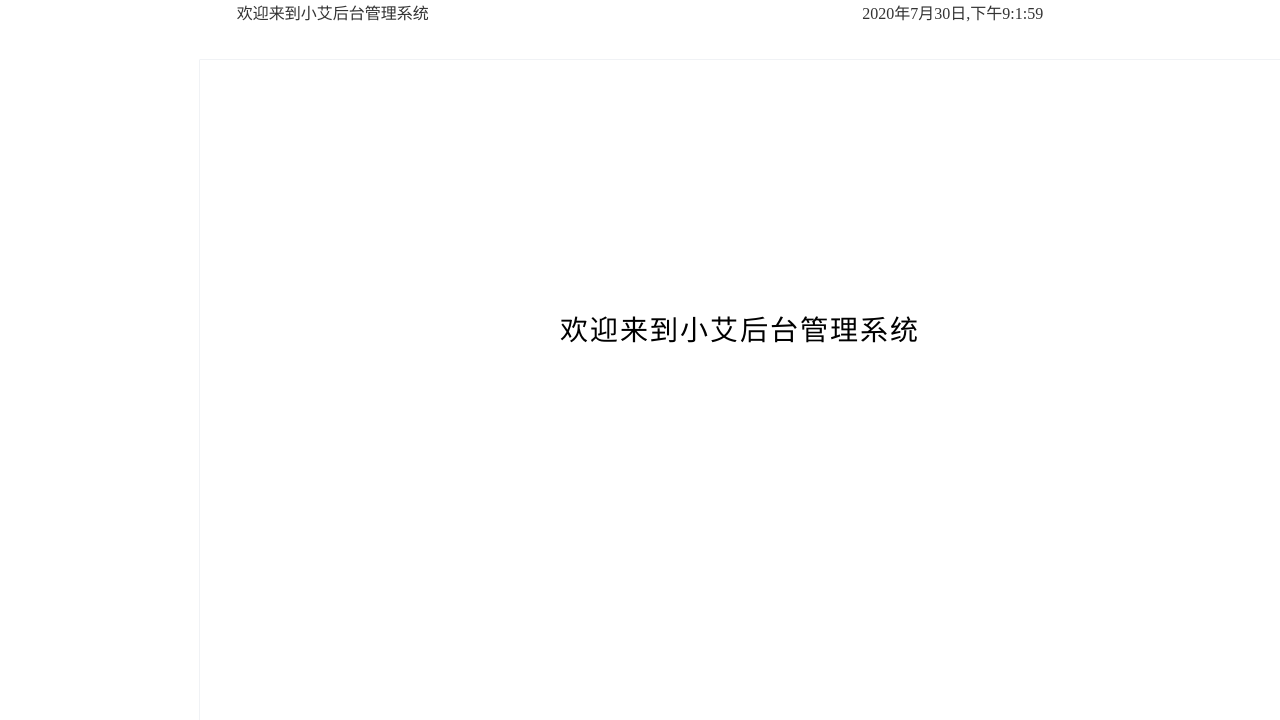
Repository: noob-injoker/router-slots-cw-ee
Page: /
An editor plug-in stored every save of this project. The page is shown before and after the next save, followed by the edit.
The browser window is 1280 px wide. The pictures show the whole page.
The page's requests for data from a server got no answer. The project was rebuilt for these pictures with package versions that can differ from the ones it lists, and the page was loaded fresh each time. No one was signed in, and anything a server would have sent is missing. Also part of the build but not shown: vue.config.js.

Above is the page before, as saved 2020-08-30 21:22:01.

### src/main.js
import Vue from 'vue'
import App from './App.vue'
import router from './router'
import store from './store'
import './bus'
import ElementUI from 'element-ui'
import 'element-ui/lib/theme-chalk/index.css'

Vue.use(ElementUI)

Vue.config.productionTip = false

new Vue({
  router,
  store,
  render: h => h(App)
}).$mount('#app')

### src/App.vue
<template>
<div id="app">

  <router-view />

</div>
</template>

<style>
@import './styles/styles.scss';
@import './styles/common.scss';
</style>

### src/router/index.js
import Vue from 'vue'
import VueRouter from 'vue-router'
import Home from '../views/Home.vue'
import Layout from '../views/Layout.vue'

Vue.use(VueRouter)

  const routes = [

    {
      path: '/',
      name: 'Layout',
      component: Layout,
      children: [

        {
          path: '',
          name: 'Home',
          component: Home
        }
        // ,
        // {
        //   path: 'cata',
        //   name: 'cata',
        //   component: () => import('../views/cata.vue')
        // }
      ]

    },
    {
      path:'/Login',
      name:"Login",
      component: () => import('../views/Login.vue'),
      meta:{
        title:'登录'
      }
    },
  // ,
  // {
  //   path: '/about',
  //   name: 'About',
  //   // route level code-splitting
  //   // this generates a separate chunk (about.[hash].js) for this route
  //   // which is lazy-loaded when the route is visited.
  //   component: () => import(/* webpackChunkName: "about" */ '../views/About.vue')
  // }

]

const router = new VueRouter({
  mode: 'history',
  base: process.env.BASE_URL,
  routes
})

export default router

### src/store/index.js
import Vue from 'vue'
import Vuex from 'vuex'
import user from './user/user'

Vue.use(Vuex)

export default new Vuex.Store({
  state: {

  },
  mutations: {

  },
  actions: {

  },
  modules: {
    user
  }
})

### src/bus/index.js
import Vue from 'vue'
const bus = new Vue()
Vue.prototype.$bus = bus

### src/styles/styles.scss
.username .el-form-item__label,.password .el-form-item__label{
    text-align: left;
}
.button-box .el-button--primary{
    width: 160px;
}
.el-menu-box .el-menu{
    border-right: 0px solid white;
}

### src/styles/common.scss
*{
  margin: 0px;
  padding: 0px;
}

.df{
  display: flex;
}
.f-1{
  flex: 1;
}
.j-center{
  display: flex;
  justify-content: center;

}
.j-bettween{
  display: flex;
  justify-content: space-between;

}
.j-around{
  display: flex;
  justify-content: space-around;
}
.j-end{
  display: flex;
  justify-content: flex-end;
}
.a-center{
  align-items: center;
}
.f-column{
  display: flex;
  flex-direction: column;
}
.p-r{
  position: relative;
}
.p-a{
  position: absolute;
}

.r1{
  border: 1px solid red;
}
.y1{
  border: 1px solid yellow;
}
.b1{
  border: 1px solid black;
}

.l-height32{
  line-height: 32px;
}
.w100{

  width: 100%;

}
.t-center{
  text-align: center;

}
.f12{
  font-size: 12px;
}

.w1170{
  width: 1170px;
}
.h100{
  height: 100px;
}
.h70{
  height: 70px;
}
.h436{
  height: 436px;
}
.h350{
  height: 350px;
}
.w1070{
  width: 1070px;
}
.h1590{
  height: 1590px;
}
.h726{
  height: 726px;
}
.w1054{
  width: 1054px;
}
.h160{
  height: 160px;
}
.w732{
  width: 732px;
}
.b2{
  border: 2px solid black;
}
.h434{
  height: 434px;

}
.h600{
  height: 600px;
}
.w1078{
  width: 1078px;
}
.h362{
  height: 362px;
}
.fs16{
  font-size: 16px;
}
.w652{
  width: 652px;

}
.h82{
  height: 82px;
}
.w1064{
  width: 1064px;
}
.h352{
  height: 352px;
}
.w286{
  width: 286px;
}
.h22{
  height: 22px;
}
.w290{
  width: 290px;
}
.h330{
  height: 330px;
}
.mt40{
  margin-top: 40px;
}
.h724{
  height: 724px;
}
.h630{
  height: 630px;

}
.w1058{
  width: 1058px;
}
.h160{
  height: 160px;
}
.w290{
  width: 290px;
}
.w738{
  width: 738px;
}
.w1170{
  width: 1170;
}
.h468{
  height: 468px;
}
.mt20{
  margin-top: 20px;
}
.h318{
  height: 318px;
}
.w652{
  width: 652px;
}
.w370{
  width: 370px;
}
.h314{
  height: 314px;
}
.g1{
  border: 1px solid gray;
}
.w146{
  width: 146px;
}
.box_content3_pic img{
  width: 100%;
  height: 100%;
}
.w488{
  width: 488px;
}
.h420{
  height: 420px;
}
.h234{
  height: 234px;
}
.w950{
  width: 950px;
}
.h68{
  height: 68px;
}
.w124{
  width: 124px;
}
.h50{
  height: 50px;
}
.w190{
  width: 190px;
}
.h44{
  height: 44px;
}
.w184{
  width: 184px;
}
.h32{
  height: 32px;
}
.h400{
  height: 400px;
}
.w1200{
  width: 1200px;
}
.w950{
  width: 950px;

}
.h630{
  height: 630px;
}
.h188{
  height: 188px;
}
.h380{
  height: 380px;
}
.h335{
  height: 335px;
}
.h138{
  height: 138px;
}
.w238{
  width: 238px;
}
.h668{
  height: 668px;
}
.h446{
  height: 446px;
}
.w460{
  width: 460px;
}
.w140{
  width: 140px;
}
.h140{
  height: 140px;
}
.w320{
  width: 320px;
}
.w950{
  width: 950px;

}
.h498{
  height: 498px;
}
.h100{
  height: 100px;
}
.h398{
  height: 398px;
}
.mb10{
  margin-bottom: 10px;
}
.w358{
  width: 358px;
}
.w440{
  width: 440px;
}
.w119{
  width: 119px;
}
.h30{
  height: 30px;
}
.w59{
  width: 59px;
}
.h88{
  height: 88px;
}
.w1000{
  width: 1000px;
}
.height{
  height: 460px;
}
.w120{
  width: 120px;
}
.h70{
  height: 70px;
}
.fs12{
  font-size: 12px;
}
.fs14{
  font-size: 14px;
}
.h509{
  height: 509px;
}
.w644{
  width: 644px;
}
.w274{
  width: 274px;
}
.w162{
  width: 274px;
}
.h104{
  height: 104px;
}
.w450{
  width: 450px;
}
.w162{
  width: 162px;
}
.h38{
  height: 38px;
}
.h40{
  height: 40px;
}
.w276{
  width: 276px;
}
.h320{
  height: 320px;
}
.w274{
  width: 274px;

}
.h76{
  height: 76px;
}
.h84{
  height: 84px;
}
.h140{
  height: 140px;
}
.h72{
  height: 72px;
}
.h80{
  height: 80px;
}
.h140{
  height: 140px;
}
.w98{
  width: 98px;
}
.w172{
  width: 172px;
}
.h310{
  height: 310px;
}
.h150{
  height: 150px;
}
.h40{
  height: 40px;
}
.pr{
  position: relative;
}
.pa{
  position: absolute;
}
.h176{
  height: 176px;
}
.w920{
  width: 920px;
}
.h122{
  height: 122px;
}
.h145{
  height: 145px;
}
.h108{
  height: 108px;
}
.h48{
  height: 48px;
}
.w612{
  width: 612px;
}
.h36{
  height: 36px;
}
.w322{
  width: 322px;
}
.w1002{
  width: 1002px;
}
.h98{
  height: 98px;
}
.h44{
  height: 44px;
}

.h328{
  height: 328px;
}
.w670{
  width: 670px;
}
.w258{
  width: 258px;
}
.h368{
  height: 368px;
}
.h308{
  height: 308px;
}
.w332{
  width: 332px;
}
.h590{
  height: 590px;
}
.h466{
  height: 466px;
}
.w242{
  width: 242px;
}
.w732{
  width: 732px;
}
.h42{
  height: 42px;
}
.w420{
  width: 420px;
}
.w270{
  width: 270px;
}
.w730{
  width: 730px;
}
.h150{
  height: 150px;
}
.w270{
  width: 270px;
}
.h120{
  height: 120px;
}
.w420{
  width: 420px;
}

.h150{
  height: 150px;
}
.w244{
  width: 244px;

}
.h276{
  height: 276px;
}
.h42{
  height: 42px;
}
.h490{
  height: 490px;
}
.f1{
  flex: 1;
}
.f5{
  flex: 5;
}
.h64{
  height: 64px;
}
.m-l-20{
  margin-left: 20px;
}
.p-l-8{

  padding-left: 8px;
}
.cw{
  color: white;
}
.bg_blue{
  background: rgb(87, 87, 128);
}
.p10{
  padding:10px;
}
.m-t-40{
  margin-top: 40px;
}
.m-t-10{
  margin-top: 10px;
}
.wb20{
  width: 20%;
}
.wb24{
  width: 24%;
}
.hb30{
  height: 30%;
}
.h60{
  height: 60px;
}
.fs22{
  font-size: 40px;
}
.h50{
  height: 50px;
}
.w200{
  width: 200px;
}
.m-t-10{
  margin-top: 10px;
}
.fw7{
  font-weight: 700;
}
.w200{
  width: 200px;
}
.h200{
  height: 200px;
}
.h602{
  height: 602px;
}
.h608{
  height: 607px;
}
.m-l-r-20{
  margin-left: 20px;
  margin-right: 20px;
}
.bgwhite{
  background: white;
}
.fixed{
  position: fixed;
}
.m-l-r-15{
  margin-left: 15px;
  margin-right: 15px;
}
.m-l-10{
  margin-left: 10px;
}
.m-t-15{
  margin-top:15px
}
.h40{
  height: 40px;
}
.bgw{
  background: white;
}
.h30{
  height: 30px;
}
.wb100{
  width: 100%;
}
.w300{
  width: 400px;
}
.h40{
  height: 40px;
}
.m-b-20{
  margin-bottom: 20px;
}
.m-t-20{
  margin-top: 20px;
}
.m-r-30{
  margin-right:30px;
}
.ccc{
  display: flex;
  align-items: center;
  justify-content: center;
}
.w00{
  width: 100%;

}
.h00{
  height: 100%;
}
.bgBlue{
  background: blue;
}
.bgBlack{
  background: black;
}
.bgGreen{
  background: green;
}
.w00{
  width: 100%;
}
.h00{
  height: 100%;
}

### src/views/Home.vue
<template>
<div class="w00 h00">

  <div class="text-box  ccc">欢迎来到小艾后台管理系统</div>

</div>
</template>

<script>
export default {
  name: "",
  props: {},
  components: {},
  data() {
    return {};
  },
  methods: {

  },
  mounted() {

  },
  watch: {},
  computed: {

  },
};
</script>

<style lang="scss" scoped>
.text-box {

 height: 80%;
  font-size: 28px;
  letter-spacing: 2px;


}
</style>

### src/views/Layout.vue
<template>
<div class=" container ">
  <el-container class="">

    <el-header>
      <div>
        <headerNav></headerNav>
      </div>
    </el-header>

    <el-container class="">

      <el-aside width="200px">
        <div class="">
          <asideNav></asideNav>
        </div>
      </el-aside>

      <el-main class="main-box ">

        <div class=" h00">
          <router-view></router-view>
        </div>

      </el-main>

    </el-container>

  </el-container>
</div>
</template>

<script>
import asideNav from "../components/nav/asideNav";
import headerNav from "../components/nav/headerNav";
export default {
  name: "Layout",
  props: {},
  components: {
    asideNav,
    headerNav,
  },
  data() {
    return {};
  },
  methods: {},
  mounted() {},
  watch: {},
  computed: {},
};
</script>

<style lang="scss" scoped>
.main-box{

  height: calc(100vh - 60px);
}

.el-header {
  background-color: white;
  color: #333;

  border-bottom: 1px solid #f0f2f5;
  position: fixed;
  top: 0;
  left: 0;
  right: 0;
}

.el-aside {
  border-right: 1px solid #f0f2f5;
  background-color: white;
  line-height: 200px;
  border-top: 1px solid white;
  position: fixed;
  top: 59px;
  left: 0;
  bottom: 0;
}

.el-main {

  background-color: white;

  margin-left: 200px;
  margin-top: 60px;

}
</style>

### src/store/user/user.js
import api from '../../http/api'
import router from '../../router'
import { Message } from 'element-ui'

export default {
  // 开启命名空间 这个文件就是单独的一个vuex的模块
  namespaced: true,
  state: {
    menus: []
  },
  mutations: {
    setMenus(state, data) {
      state.menus = data
    }
  },
  actions: {
    // 所有的请求都写在actions里面
    // action里面的方法可以传两个参数 第一个参数是整个store(vuex对象) 第二个参数是请求的参数
    async getMenus({ commit }) {
      let res = await api.getMenus()


      if (res.meta.status === 200) {
        let obj = {
          authName: "首页",
          path:""
        }
        res.data.unshift(obj)
        // 提交mutation
        commit('setMenus', res.data);

        console.log(res.data);

      }
    },
    // async getMenus({commit}){
    //   let res = await api.getMenus()
    // },
    async login({ commit }, { username, password }) {
      console.log(commit);
      let res = await api.login({
        username,
        password
      })
      if (res.meta.status === 200) {
        // 存储信息
        localStorage.setItem('adminToken', res.data.token)
        localStorage.setItem('adminUser', JSON.stringify(res.data))
        // 跳转路由
        router.push('')
        // 提示用户
        Message.success('登录成功')
      } else {
        Message.error(res.meta.msg)
      }
    }

  },
}

### src/components/nav/asideNav.vue
<template>
<div>
  <el-row class="tac">
    <el-col>
      <div class="el-menu-box">

        <el-menu unique-opened router default-active="2" class="el-menu-vertical-demo">

          <template v-for="(item,index) in menus">

            <el-menu-item :index="item.path" :key="item.path" v-if="index===0">
              <i :class="iconList[index].icon"></i>
              <span slot="title">{{item.authName}}</span>
            </el-menu-item>

            <el-submenu :index="item.path" :key="item.path" v-else>

              <template slot="title">
                <i :class="iconList[index].icon"></i>
                <span>{{item.authName}}</span>
              </template>

              <el-menu-item-group>

                <el-menu-item :index="item1.path" v-for="(item1,index2) in item.children" :key="item1.path">
                  <i :class="iconList[index].childIconList[index2].childIconListIcon"></i>
                  <span slot="title">{{item1.authName}}{{index2}}</span>
                </el-menu-item>

              </el-menu-item-group>

            </el-submenu>

          </template>

        </el-menu>

      </div>
    </el-col>
  </el-row>
</div>
</template>

<script>
import {
  createNamespacedHelpers
} from "vuex";
const userModule = createNamespacedHelpers("user");
const {
  mapState: userState,
  mapActions: userActions
} = userModule;
export default {
  name: "",
  props: {},
  components: {},
  data() {
    return {

      iconList: [{
          icon: 'el-icon-s-home',
          childIconList: [{
            childIconListIcon: ''
          }]
        },
        {
          icon: 'el-icon-user',
          childIconList: [{
            childIconListIcon: 'el-icon-folder-opened'
          }]
        },
        {
          icon: 'el-icon-folder',
          childIconList: [{
              childIconListIcon: 'el-icon-setting'
            },
            {
              childIconListIcon: 'el-icon-c-scale-to-original'
            },

          ]
        },
        {
          icon: 'el-icon-goods',
          childIconList: [{
              childIconListIcon: 'el-icon-help'
            },
            {
              childIconListIcon: 'el-icon-bell'
            },
            {
              childIconListIcon: 'el-icon-date'
            },
          ]
        },
        {
          icon: 'el-icon-s-order',
          childIconList: [{
            childIconListIcon: 'el-icon-folder-add'
          }]
        },
        {
          icon: 'el-icon-message',
          childIconList: [{
            childIconListIcon: 'el-icon-position'
          }]
        }
      ]

    };
  },
  methods: {
    ...userActions(["getMenus"]),
  },
  mounted() {
    this.getMenus();
  },
  watch: {},
  computed: {
    ...userState(["menus"]),
  },
};
</script>

<style scoped lang='scss'>
</style>

### src/components/nav/headerNav.vue
<template>
<div class="df j-around a-center">
  <div>欢迎来到小艾后台管理系统</div>
  <div>
    <div v-if="date">{{year}}年{{month}}月{{day}}日,下午<span>{{hours}}</span>:<span>{{minuts}}</span>:<span>{{secondes}}</span></div>
  </div>
</div>
</template>

<script>
export default {
  name: '',
  props: {},
  components: {

  },
  data() {
    return {
      time: "",
      date: null,

    }
  },
  methods: {
    getDate() {

      setInterval(() => {
        this.date = new Date();
        this.year = this.date.getFullYear();
        this.month = this.date.getMonth();
        this.day = this.date.getDate();
        this.hours = this.date.getHours() * 1; //获取当前小时数(0-23)
        if (this.hours < 12) {
          this.hours = this.hours * 1
        } else {
          this.hours = this.hours - 12
        }
        this.secondes = this.date.getSeconds();
        this.minuts = this.date.getMinutes(); //获取当前分钟数(0-59)
        // this.time = `${year}年${month}月${day}日,下午${hours}:${minuts}:${secondes}`
      }, 1000);

    }

  },
  mounted() {
    this.getDate()

  },
  watch: {

  },
  computed: {

  }
}
</script>

<style scoped lang='scss'>

</style>

### src/http/api.js
import service from './index'

export default {
  login({username, password}) {
    return service.post('/login', {
      username,
      password
    })
  },
  getMenus() {
    return service.get('menus')
  }
}

### src/http/index.js
import axios from 'axios'
import nprogress from 'nprogress'
import {Message} from 'element-ui'


// 运行环境: 本地环境:devlpment 和线上(生产)环境: production
const isPro = process.env.NODE_ENV === 'production'

// 创建一个axios的实例
const service = axios.create({
  // 基础路径: 需要根据当前的运行环境来判断
  baseURL: isPro ? '线上的接口路径' : '/api',
  // 超时时间
  timeout: 100000
})


// 请求拦截: 每一次发请求都会做的事情
service.interceptors.request.use((config) => {
  nprogress.start()
  // 前后端鉴权
  // jwt: JSON WEB TOKEN
  // 登录成功之后 后端会返回一个令牌
  let token = localStorage.getItem('adminToken')
  if (token) {
    // 需要在请求头当中添加token
    config.headers['Authorization'] = token
  }
  return config
}, err => {
  nprogress.done()
  return Promise.reject(err)
})


// 响应拦截: 每一次接口返回数据的时候都会做的事情
service.interceptors.response.use((res) => {
  nprogress.done()
  return res.data
}, err => {
  if (err.response && err.response.status) {
    // 错误请求的状态码
    let status = err.response.status
    if (status === 400) {
      Message.error('参数错误')
    }
    if (status === 401) {
      Message.error('登录过期,请重新登录')
    }
    if (status === 403) {
      Message.error('没有权限')
    }
    if (status === 404) {
      Message.error('接口路径错误')
    }
    if (status === 500) {
      Message.error('服务器出错')
    }
    if (status === 503) {
      Message.error('服务器在维护')
    }
  }
  return Promise.reject(err)
})


export default service

Loaded but not shown: public/index.html (common file)

After the next save:
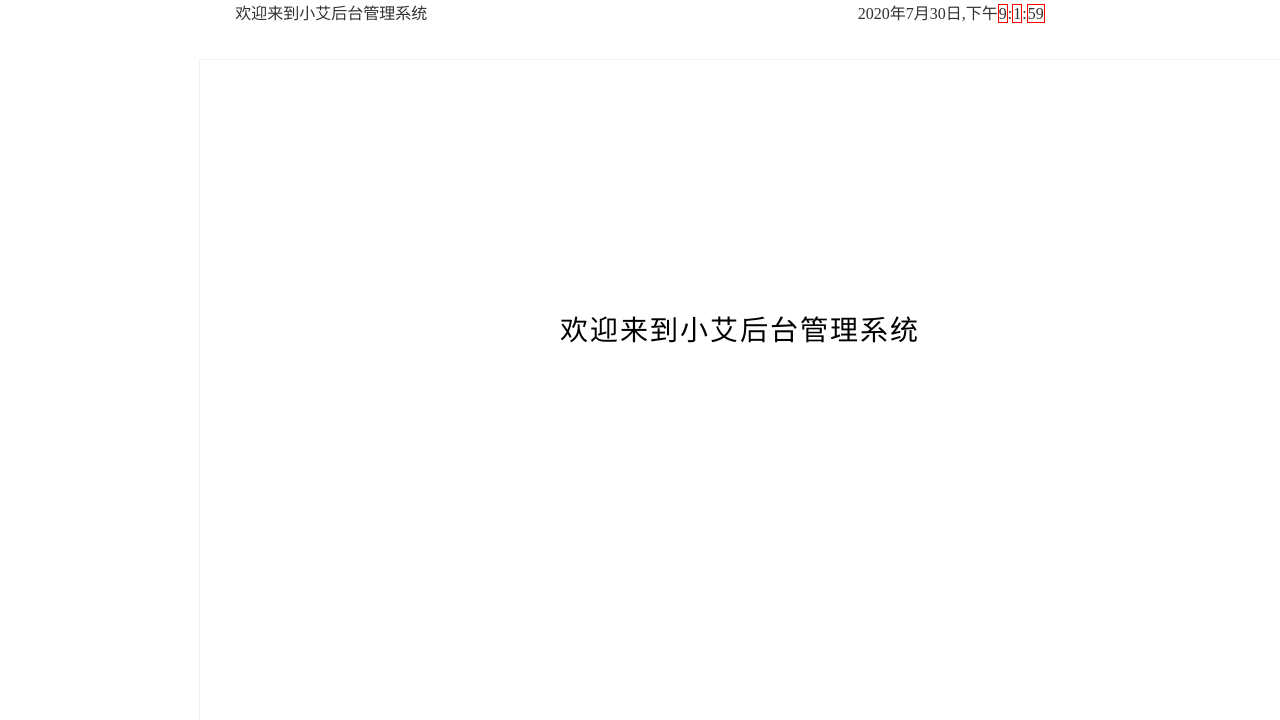
Saved 22 s later.
--- a/src/components/nav/headerNav.vue
+++ b/src/components/nav/headerNav.vue
@@ -57,5 +57,8 @@ export default {
 </script>
 
 <style scoped lang='scss'>
-
+span{
+  width: 20px;
+  border: 1px solid red;
+}
 </style>
